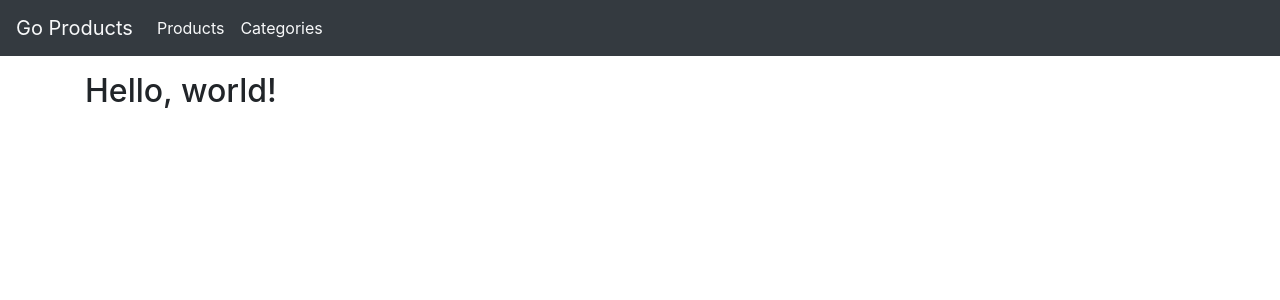
Repository: Nouthemoran/go-web-native-crud
Page: views/category/index.html
These files come from the project's save history. The page is drawn as it stood at one moment and after a run of saves; the edit follows.
The browser window is 1280 px wide. The pictures show the whole page.

Above is the page before, as saved 2023-10-04 15:36:26.

After the next 2 saves:
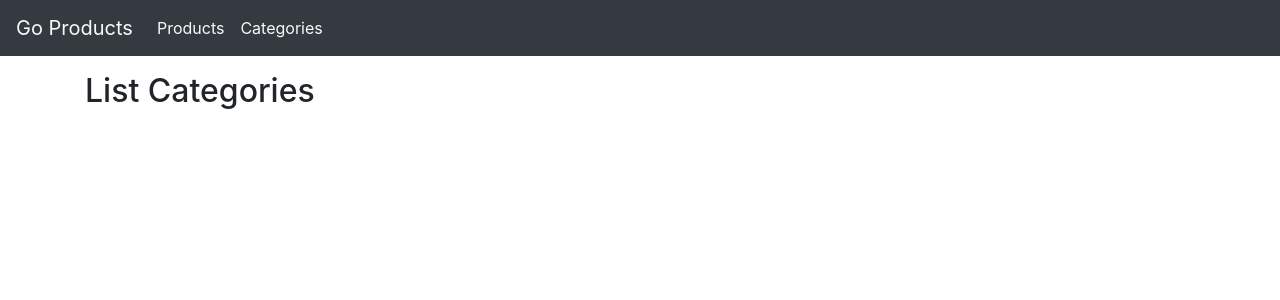
The 2 saves are shown as one change because they came seconds apart.
The last was saved 10 s later.
--- a/views/category/index.html
+++ b/views/category/index.html
@@ -31,7 +31,7 @@
     <!-- End of Navbar -->
 
     <div class="container mt-3">
-        <h2>Hello, world!</h2>
+        <h2>List Categories</h2>
 
     </div>
 
